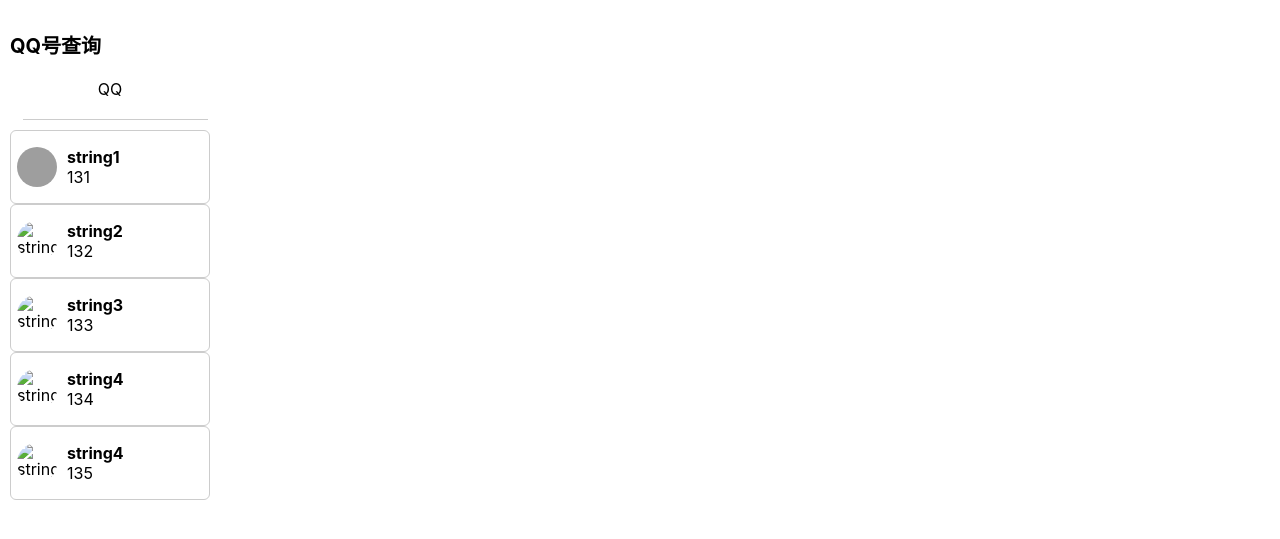
Repository: bobetax-byte/yinhao_tasks
Page: /
The author's editor kept a copy of each file at every save. The page is drawn from the files as they stood at one save, then again after the next save.
The browser window is 1280 px wide. The pictures show the whole page.
Pictures or frames that could not be fetched are drawn as grey boxes. The project was rebuilt for these pictures with package versions that can differ from the ones it lists, and the page was loaded fresh each time. Also part of the build but not shown: vite.config.ts.

Above is the page before, as saved 2022-04-18 18:00:14.

### src/App.tsx
import { useState } from 'react'
import logo from './logo.svg'
import './App.css'
import SearchQQ from './components/SearchQQ/SearchQQ'

function App() {
  const [count, setCount] = useState(0)

  return (
    <div className="App">
      <SearchQQ></SearchQQ>
    </div>
  )
}

export default App

### src/components/SearchQQ/SearchQQ.tsx
import { useState } from 'react'

import getData from '../../request';
import { debounce, throttle } from 'lodash'

import './index.scss'

interface QQItem {
  qq: number,
  name: string,
  qlogo?: string
}

const mock = [{
  qq: 131,
  name: 'string1',
  qlogo:"http:\/\/qlogo2.store.qq.com\/qzone\/774740085\/774740085\/100"
},{
  qq: 132,
  name: 'string2',
},{
  qq: 133,
  name: 'string3',
},{
  qq: 134,
  name: 'string4',
},{
  qq: 135,
  name: 'string4',
},]

// 请求链接
const QUERYQQ = "https://api.uomg.com/api/qq.info";

function SearchQQ() {
  const [qqnum, setQQnum] = useState("");
  let [loading, setLoading] = useState(false);
  let [qqlist, updateQQlist] = useState(mock);
  let getQQDetail = debounce(async (qq: number): Promise<QQItem | void> => {
    console.log("dasdas")
    if (loading) return
    setLoading(true)
    // let { code, name, qlogo } = await getData(QUERYQQ, {
    //   qq
    // })
    // if (code !== 1) {
    //   // return new Error("error")
    // };
    // let result = {
    //   qq, name, qlogo
    // }
    // qqlist.push(result);
    setLoading(false)
  },1000)

  function handleInputChange(e:any) {
    const { value } = e.target;
    // value 只接受number
    let result = value.replace(/\D/g, "")
    // TODO 防抖
    setQQnum(result)
    getQQDetail(result)
  }
  return (
    <div className="search-qq-container">
      <h3 className="search-qq-title">QQ号查询</h3>
      <div className="search-info">
        <span>QQ</span>
        <input type="text" value={qqnum} onChange={handleInputChange} />
      </div>
      <div className="search-result">
        <ul className='search-list'>{
          qqlist.map((item:QQItem) => {
            return (
              <li key={item.qq} className="search-item">
                <img src={item.qlogo} alt={ item.name} />
                <div className="desc">
                  <h4>{item.name}</h4>
                  <span>{item.qq}</span>
                </div>
              </li>
            )
          })
        }
        </ul>
      </div>
    </div>
  )
}

export default SearchQQ;

### src/components/SearchQQ/index.scss
.search-qq-container {
  width: 200px;
  margin: 20px auto;
  display: flex;
  flex-direction: column;
  align-items: flex-start;
  margin:10px;
  .search-qq-title {
    font-size: 20px;
  }
  .search-info {
    margin-bottom: 10px;
    input {
      outline: none;
      border: none;
      border-bottom: 1px solid #ccc;
      margin-left: 10px;
      font-size: 14px;
    }
  }
  .search-result{
    width: 200px;
    .search-list {
      margin: 0;
      padding: 0;
    }
    li {
      display: flex;
      align-items: center;
      height: 60px;
      padding: 6px;
      border-radius: 6px;
      border:1px solid #ccc;
      img{
        display: block;
        width: 40px;
        height: 40px;
        border-radius: 50%;
        overflow: hidden;
        margin-right: 10px;
      }
      .desc{
        flex:1;
        display: flex;
        flex-direction: column;
        align-items: flex-start;
        h4{
          line-height: 20px;
          margin: 0;
        }
      }
    }
  }
}

ul,li {
  list-style-type: none;
}

Loaded but not shown: index.html (common file); src/main.tsx (common file); src/index.css (common file); src/App.css (common file)

After the next save:
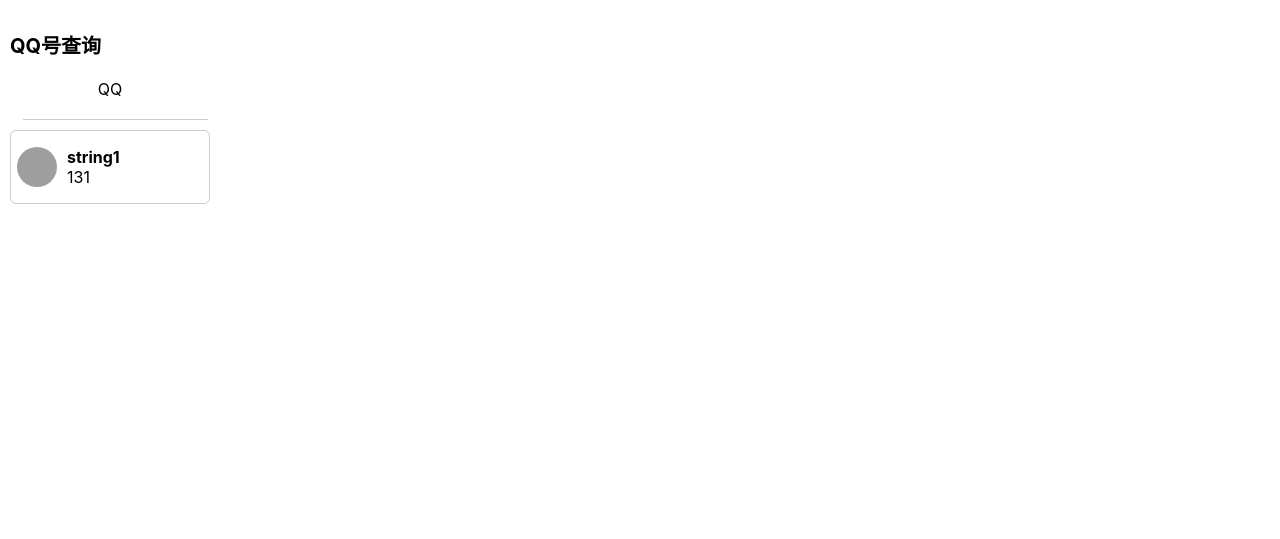
Saved 88 s later.
--- a/src/components/SearchQQ/SearchQQ.tsx
+++ b/src/components/SearchQQ/SearchQQ.tsx
@@ -11,23 +11,12 @@
   qlogo?: string
 }
 
-const mock = [{
+const mock = {
   qq: 131,
   name: 'string1',
-  qlogo:"http:\/\/qlogo2.store.qq.com\/qzone\/774740085\/774740085\/100"
-},{
-  qq: 132,
-  name: 'string2',
-},{
-  qq: 133,
-  name: 'string3',
-},{
-  qq: 134,
-  name: 'string4',
-},{
-  qq: 135,
-  name: 'string4',
-},]
+  qlogo: "http:\/\/qlogo2.store.qq.com\/qzone\/774740085\/774740085\/100"
+}
+
 
 // 请求链接
 const QUERYQQ = "https://api.uomg.com/api/qq.info";
@@ -35,7 +24,7 @@
 function SearchQQ() {
   const [qqnum, setQQnum] = useState("");
   let [loading, setLoading] = useState(false);
-  let [qqlist, updateQQlist] = useState(mock);
+  let [qqInfo,setQqInfo] = useState(mock);
   let getQQDetail = debounce(async (qq: number): Promise<QQItem | void> => {
     console.log("dasdas")
     if (loading) return
@@ -69,19 +58,14 @@
         <input type="text" value={qqnum} onChange={handleInputChange} />
       </div>
       <div className="search-result">
-        <ul className='search-list'>{
-          qqlist.map((item:QQItem) => {
-            return (
-              <li key={item.qq} className="search-item">
-                <img src={item.qlogo} alt={ item.name} />
-                <div className="desc">
-                  <h4>{item.name}</h4>
-                  <span>{item.qq}</span>
-                </div>
-              </li>
-            )
-          })
-        }
+        <ul className='search-list'>
+          <li key={qqInfo.qq} className="search-item">
+            <img src={qqInfo.qlogo} alt={ qqInfo.name} />
+            <div className="desc">
+              <h4>{qqInfo.name}</h4>
+              <span>{qqInfo.qq}</span>
+            </div>
+          </li>
         </ul>
       </div>
     </div>
